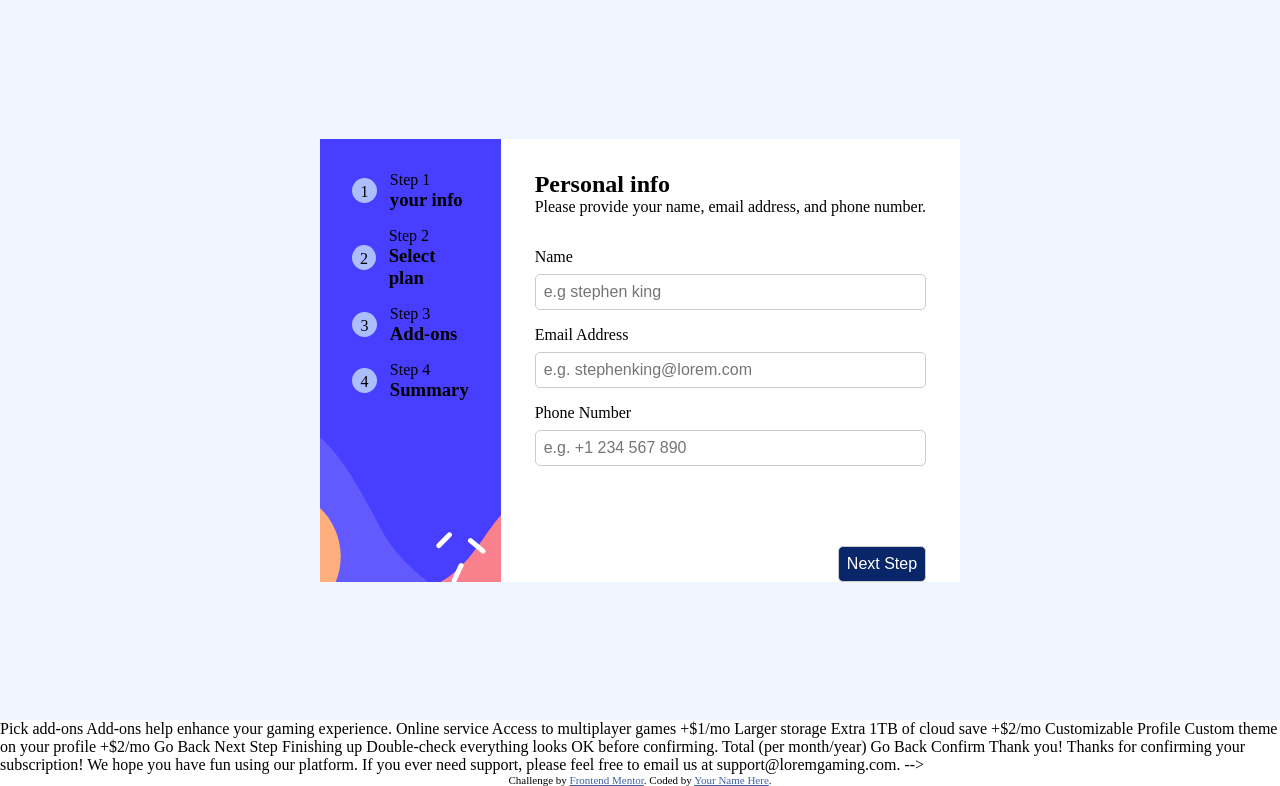
Repository: reemoon-ctrl/reemoon-ctrl.github.io
Page: index.html
These files come from the project's save history. The page is drawn as it stood at one moment and after the next save; the edit follows.
The browser window is 1280 px wide. The pictures show the whole page.

Above is the page before, as saved 2025-04-29 09:49:00.

After the next save:
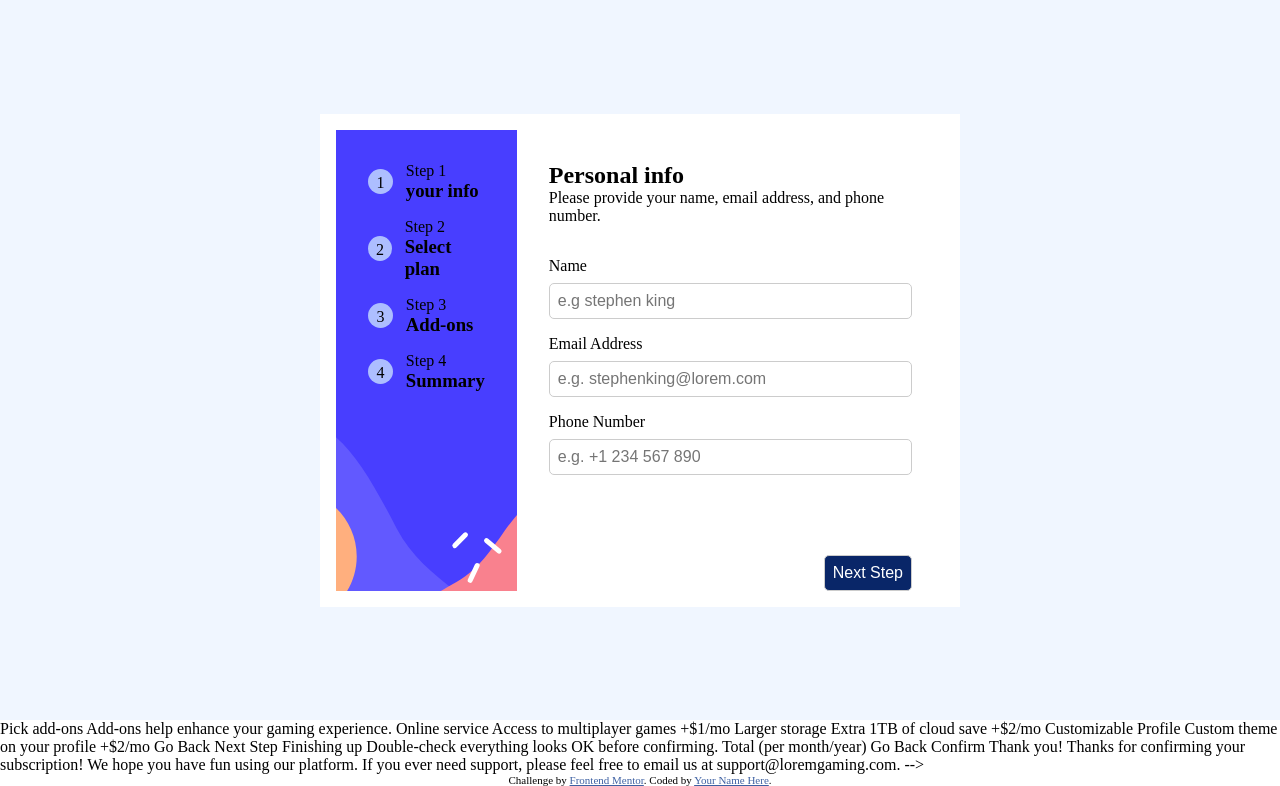
Saved 4 s later.
--- a/style.css
+++ b/style.css
@@ -7,7 +7,7 @@
     background: #ffffff;
     display: grid;
     grid-template-columns: 1fr 3fr;
-    /* padding: 1rem; */
+    padding: 1rem;
     width:50%;
     height:fit-content;
     align-items: center;
